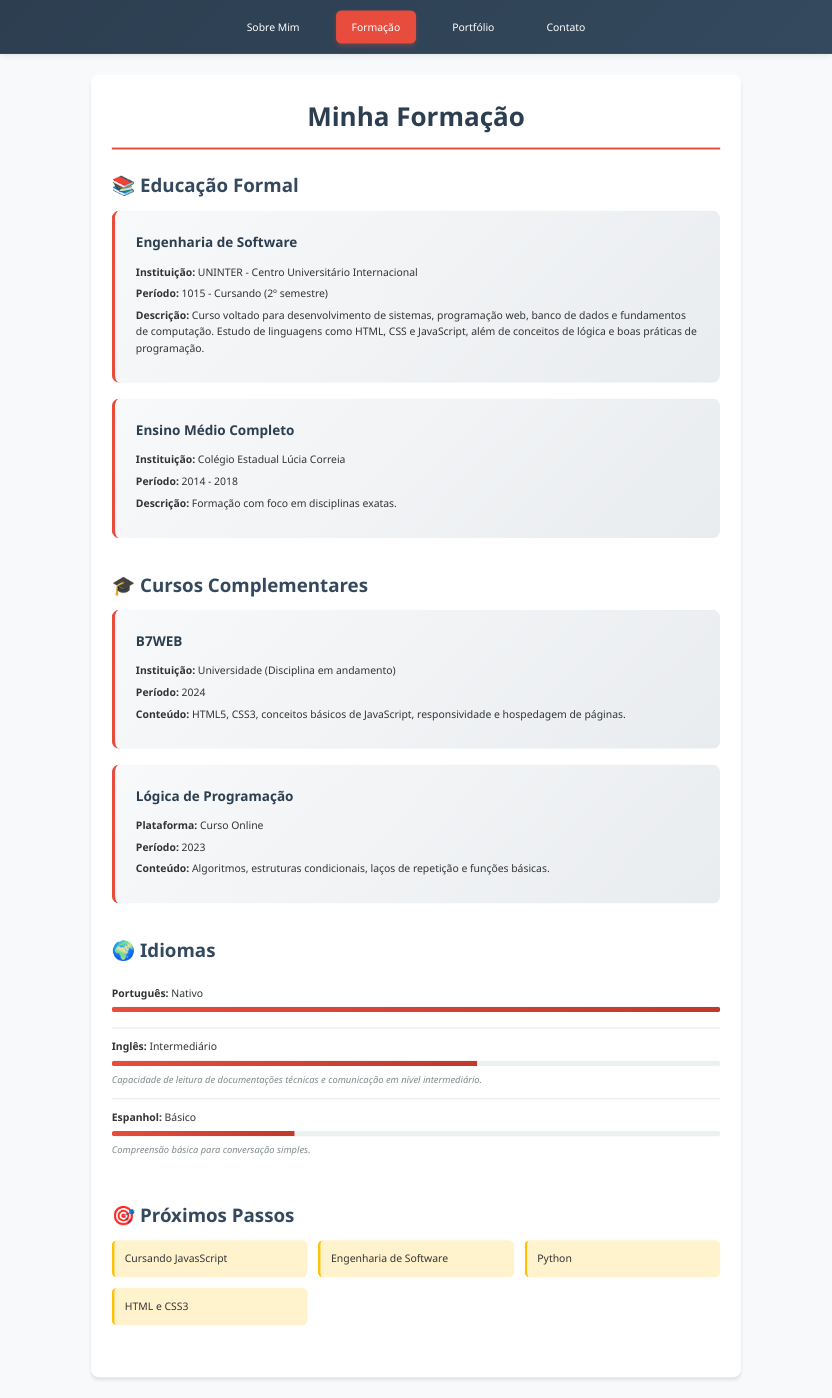
Repository: AnderHonorato/meu-portfolio
Page: formacao.html
These files come from the project's save history. The page is drawn as it stood at one moment and after the next save; the edit follows.
The browser window is 1280 px wide. The pictures show the whole page, at 65% of full size.

Above is the page before, as saved 2025-08-26 20:13:08.

After the next save:
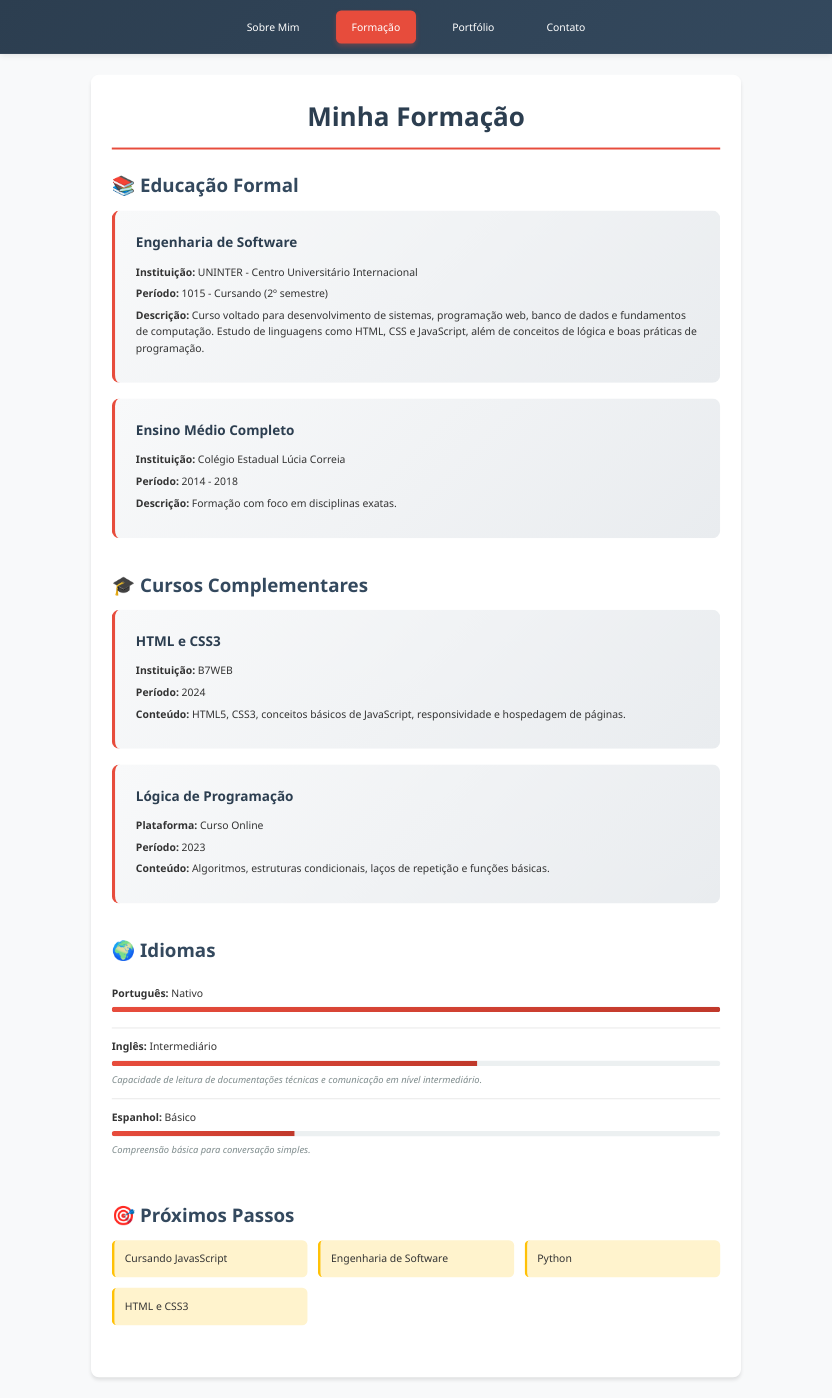
Saved 29 s later.
--- a/formacao.html
+++ b/formacao.html
@@ -45,8 +45,8 @@
             <h2>🎓 Cursos Complementares</h2>
 
             <div class="item-formacao">
-                <h3>B7WEB</h3>
-                <p><strong>Instituição:</strong> Universidade (Disciplina em andamento)</p>
+                <h3>HTML e CSS3</h3>
+                <p><strong>Instituição:</strong> B7WEB</p>
                 <p><strong>Período:</strong> 2024</p>
                 <p><strong>Conteúdo:</strong> HTML5, CSS3, conceitos básicos de JavaScript, responsividade e hospedagem de páginas.</p>
             </div>
